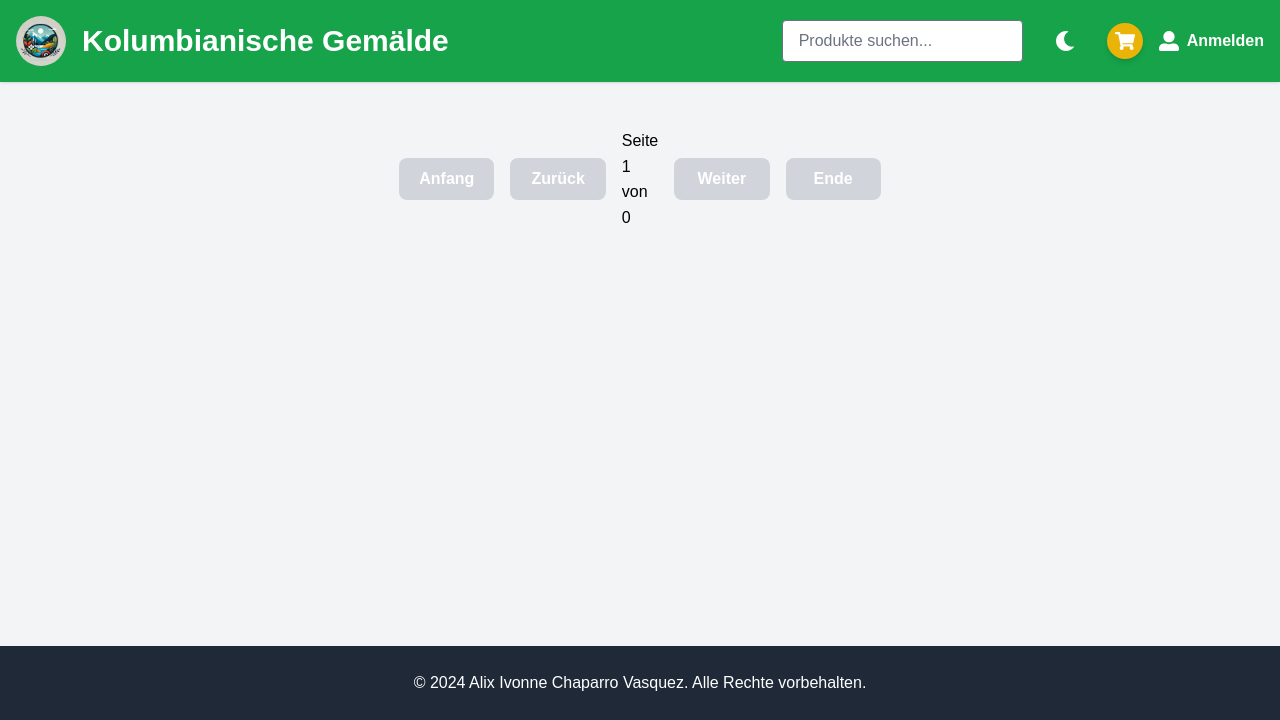
Repository: alixchaparrov/bilder-shop
Page: /
The author's editor kept a copy of each file at every save. The page is drawn from the files as they stood at one save, then again after the next save.
The browser window is 1280 px wide. The pictures show the whole page.
The page's requests for data from a server got no answer. The project was rebuilt for these pictures with package versions that can differ from the ones it lists, and the page was loaded fresh each time. The framework's server and built-in components were replaced by stand-ins that run in the browser. No one was signed in, and anything a server would have sent is missing. Also part of the build but not shown: next.config.ts, src/app/components/ProductCard.tsx, src/app/components/AuthComponent.tsx.

Above is the page before, as saved 2024-12-27 19:03:48.

### src/app/layout.tsx
"use client";

import "./globals.css";
import { Geist, Geist_Mono } from "next/font/google";

const geistSans = Geist({
  variable: "--font-geist-sans",
  subsets: ["latin"],
});

const geistMono = Geist_Mono({
  variable: "--font-geist-mono",
  subsets: ["latin"],
});

export default function RootLayout({
  children,
}: {
  children: React.ReactNode;
}) {
  return (
    <html lang="de">
      <head>
        <title>Kolumbianische Gemälde</title>
        <meta
          name="description"
          content="Galerie von kolumbianischen Landschaftsgemälden. Entdecken Sie die Schönheit Kolumbiens durch unsere einzigartigen Kunstwerke."
        />
        <meta
          name="keywords"
          content="Kolumbianische Kunst, Landschaftsgemälde, Gemälde kaufen"
        />
        <link rel="icon" href="/favicon.ico" />
      </head>
      <body className={`${geistSans.variable} ${geistMono.variable} antialiased`}>
        {children}
      </body>
    </html>
  );
}

### src/app/page.tsx
"use client";

import { useState, useEffect } from "react";
import client from "@/lib/sanity";
import ProductCard from "@/app/components/ProductCard";
import Image from "next/image";
import { useCartStore } from "@/store/cartStore";
import { FaMinus, FaPlus, FaTrash, FaShoppingCart, FaMoon, FaSun, FaUserAlt, FaGoogle } from "react-icons/fa";
import { signInWithPopup, GoogleAuthProvider } from "firebase/auth";
import { auth } from "@/lib/firebaseConfig"; // Asegúrate de que auth esté exportado de firebaseConfig
import AuthComponent from "@/app/components/AuthComponent"; // Asegúrate de que el componente AuthComponent esté correctamente importado

export default function Home() {
  const [products, setProducts] = useState([]);
  const { cart, addToCart, removeFromCart, clearCart, removeOneFromCart } =
    useCartStore();
  const [searchQuery, setSearchQuery] = useState("");
  const [darkMode, setDarkMode] = useState(false);
  const [showCart, setShowCart] = useState(false);
  const [currentPage, setCurrentPage] = useState(1);
  const itemsPerPage = 6;

  const [showModal, setShowModal] = useState(false); // Estado para el modal de autenticación

  useEffect(() => {
    const fetchProducts = async () => {
      try {
        const fetchedProducts = await client.fetch(`*[_type == "product"]`);
        setProducts(fetchedProducts);
      } catch (err) {
        console.error("Error al cargar productos:", err);
      }
    };

    fetchProducts();
  }, []);

  const filteredProducts = products.filter((product) =>
    product.name.toLowerCase().includes(searchQuery.toLowerCase())
  );

  const totalPages = Math.ceil(filteredProducts.length / itemsPerPage);
  const paginatedProducts = filteredProducts.slice(
    (currentPage - 1) * itemsPerPage,
    currentPage * itemsPerPage
  );

  const getTotalPrice = () => {
    return cart.reduce((total, item) => total + item.price * item.quantity, 0);
  };

  // Función para iniciar sesión con Google
  const handleGoogleLogin = async () => {
    const provider = new GoogleAuthProvider();
    try {
      await signInWithPopup(auth, provider);
      alert("Inicio de sesión con Google exitoso");
      setShowModal(false);  // Cierra el modal después del login
    } catch (error) {
      console.error("Error al iniciar sesión con Google", error.message);
    }
  };

  return (
    <div
      className={`min-h-screen flex flex-col ${darkMode ? "bg-gray-900 text-white" : "bg-gray-100 text-black"}`}
    >
      {/* Barra de navegación */}
      <nav className="p-4 fixed top-0 w-full shadow bg-green-600 text-white z-10">
        <div className="max-w-7xl mx-auto flex justify-between items-center">
          <div className="flex items-center space-x-4">
            <Image
              src="/images/logo.png"
              alt="Kolumbianische Gemälde Logo"
              width={50}
              height={50}
              className="rounded-full"
            />
            <h1 className="text-3xl font-bold">Kolumbianische Gemälde</h1>
          </div>
          <div className="flex items-center space-x-4">
            <input
              type="text"
              placeholder="Produkte suchen..."
              className="px-4 py-2 rounded-lg text-black"
              value={searchQuery}
              onChange={(e) => setSearchQuery(e.target.value)}
            />
            <button
              className="px-4 py-2 rounded-lg"
              onClick={() => setDarkMode(!darkMode)}
            >
              {darkMode ? <FaSun size={20} /> : <FaMoon size={20} />}
            </button>
            <button
              className="cart-button flex items-center space-x-2 text-white"
              onClick={() => setShowCart(!showCart)}
            >
              <FaShoppingCart size={20} />
              {cart.length > 0 && (
                <span className="cart-counter">
                  {cart.reduce((total, item) => total + item.quantity, 0)}
                </span>
              )}
            </button>
            {/* Botón de login */}
            <button
              className="text-white flex items-center"
              onClick={() => setShowModal(true)}  // Abre el modal
            >
              <FaUserAlt size={20} className="mr-2" /> Anmelden
            </button>
          </div>
        </div>
      </nav>

      {/* Modal de autenticación */}
      {showModal && (
        <div
          className="fixed inset-0 bg-gray-500 bg-opacity-75 flex justify-center items-center z-50"
          onClick={() => setShowModal(false)} // Cierra el modal cuando se hace clic fuera de él
        >
          <div
            className="bg-white p-8 rounded-xl shadow-xl max-w-sm w-full"
            onClick={(e) => e.stopPropagation()} // Previene que el modal se cierre al hacer clic dentro
          >
            <button
              className="absolute top-2 right-2 text-gray-700"
              onClick={() => setShowModal(false)} // Cierra el modal al hacer clic en la "X"
            >
              X
            </button>
            <h2 className="text-2xl font-semibold text-center mb-4">Anmelden oder Registrieren</h2>

            {/* Formulario de autenticación */}
            <AuthComponent />

            {/* Botón de Google */}
            <div className="mt-6 flex justify-center">
              <button
                onClick={handleGoogleLogin}
                className="w-full bg-blue-500 text-white py-3 rounded-lg flex items-center justify-center space-x-2 hover:bg-blue-600 transition duration-300"
              >
                <FaGoogle size={20} />
                <span>Anmelden mit Google</span>
              </button>
            </div>
          </div>
        </div>
      )}

      {/* Contenido principal */}
      <main className="flex-grow pt-24 p-4 sm:p-8 max-w-7xl mx-auto">
        <h2 className="text-2xl sm:text-3xl lg:text-4xl font-semibold text-center mb-6">
          Unsere Gemälde
        </h2>
        <div className="grid grid-cols-1 sm:grid-cols-2 lg:grid-cols-3 gap-6">
          {paginatedProducts.map((product) => (
            <ProductCard key={product._id} product={product} />
          ))}
        </div>

        {/* Paginación */}
        <div className="flex justify-center items-center mt-8 space-x-4">
          <button
            className="bg-gray-300 px-4 py-2 rounded-lg"
            disabled={currentPage === 1}
            onClick={() => setCurrentPage(1)}
          >
            Anfang
          </button>
          <button
            className="bg-gray-300 px-4 py-2 rounded-lg"
            disabled={currentPage === 1}
            onClick={() => setCurrentPage(currentPage - 1)}
          >
            Zurück
          </button>
          <span>
            Seite {currentPage} von {totalPages}
          </span>
          <button
            className="bg-gray-300 px-4 py-2 rounded-lg"
            disabled={currentPage === totalPages}
            onClick={() => setCurrentPage(currentPage + 1)}
          >
            Weiter
          </button>
          <button
            className="bg-gray-300 px-4 py-2 rounded-lg"
            disabled={currentPage === totalPages}
            onClick={() => setCurrentPage(totalPages)}
          >
            Ende
          </button>
        </div>
      </main>

      {/* Modal del carrito */}
      {showCart && (
        <div className="modal-overlay" onClick={() => setShowCart(false)}>
          <div className="modal-content" onClick={(e) => e.stopPropagation()}>
            <h2 className="modal-header">Warenkorb</h2>
            {cart.length > 0 ? (
              <>
                <ul>
                  {cart.map((item) => (
                    <li key={item._id} className="flex justify-between items-center">
                      <span>
                        {item.name} (x{item.quantity}) - {item.price * item.quantity} €
                      </span>
                      <div className="flex items-center space-x-2">
                        <button
                          onClick={() => removeOneFromCart(item._id)}
                          className="text-yellow-500 hover:text-yellow-700"
                        >
                          <FaMinus />
                        </button>
                        <button
                          onClick={() => addToCart(item)}
                          className="text-green-500 hover:text-green-700"
                        >
                          <FaPlus />
                        </button>
                        <button
                          onClick={() => removeFromCart(item._id)}
                          className="text-red-500 hover:text-red-700"
                        >
                          <FaTrash />
                        </button>
                      </div>
                    </li>
                  ))}
                </ul>
                <div className="mt-4 flex justify-between">
                  <button
                    onClick={() => clearCart()}
                    className="bg-red-500 text-white px-4 py-2 rounded hover:bg-red-600"
                  >
                    Warenkorb leeren
                  </button>
                  <span className="font-bold text-lg">
                    Gesamtpreis: {getTotalPrice()} €
                  </span>
                </div>
              </>
            ) : (
              <p>Ihr Warenkorb ist leer</p>
            )}
            <button className="modal-close" onClick={() => setShowCart(false)}>
              Schließen
            </button>
          </div>
        </div>
      )}

      {/* Footer */}
      <footer className="bg-gray-800 text-white p-6 text-center">
        <p>
          © {new Date().getFullYear()} Alix Ivonne Chaparro Vasquez. Alle Rechte vorbehalten.
        </p>
      </footer>
    </div>
  );
}

### src/app/globals.css
@tailwind base;
@tailwind components;
@tailwind utilities;

/* Variables de color */
:root {
  --background: #ffffff; /* Fondo claro */
  --foreground: #000000; /* Texto oscuro */
  --primary: #00704A; /* Verde primario */
  --secondary: #FFB400; /* Amarillo vibrante */
  --accent: #D62828; /* Rojo cálido */
}

.dark {
  --background: #000000; /* Fondo oscuro */
  --foreground: #ffffff; /* Texto claro */
  --primary: #34D399; /* Verde más claro para fondo oscuro */
  --secondary: #FACC15; /* Amarillo claro para fondo oscuro */
  --accent: #EF4444; /* Rojo vibrante */
}

@media (prefers-color-scheme: dark) {
  :root {
    --background: #0a0a0a;
    --foreground: #ededed;
  }
}

/* Estilo general */
body {
  color: var(--foreground);
  background: var(--background);
  font-family: Arial, Helvetica, sans-serif;
  line-height: 1.6; /* Mejor legibilidad */
}

/* Espaciado adicional */
main {
  padding-top: 6rem; /* Más espacio debajo de la barra de navegación */
}

/* Botones */
.btn-primary {
  @apply px-4 py-2 font-bold rounded transition duration-300;
}

.btn-green {
  @apply bg-green-600 text-white px-4 py-2 rounded-lg hover:bg-green-700 active:scale-95 shadow-sm;
}

.btn-yellow {
  @apply bg-yellow-600 text-black px-4 py-2 rounded-lg hover:bg-yellow-700 active:scale-95 shadow-sm;
}

.btn-gray {
  @apply bg-gray-600 text-gray-400 opacity-50 cursor-not-allowed shadow-none px-4 py-2;
}

/* Botón del carrito */
.cart-button {
  @apply relative flex items-center justify-center p-2 rounded-full bg-yellow-500 hover:bg-yellow-600 transition-colors duration-300 shadow-md;
}

.cart-counter {
  @apply absolute -top-1 -right-1 bg-red-500 text-white rounded-full w-6 h-6 flex items-center justify-center text-sm font-bold shadow-lg;
}

/* Iconos */
.icon-cart {
  @apply flex items-center justify-center rounded-full p-2 shadow-md;
  background-color: var(--secondary);
  color: var(--foreground);
  transition: transform 0.3s;
}

.icon-cart:hover {
  @apply scale-105;
}

.icon-cart-badge {
  @apply absolute bg-red-500 text-white rounded-full flex items-center justify-center text-xs font-bold;
  width: 1.5rem;
  height: 1.5rem;
  top: -0.5rem;
  right: -0.5rem;
  box-shadow: 0 2px 4px rgba(0, 0, 0, 0.2);
}

/* Modal del carrito */
.modal-overlay {
  @apply fixed inset-0 bg-black bg-opacity-60 flex justify-center items-center z-50;
}

.modal-content {
  @apply bg-white text-black dark:bg-gray-800 dark:text-gray-200 p-6 rounded-lg shadow-lg max-w-lg w-full;
}

.modal-content .text-lg {
  font-size: 1.125rem;
}

.modal-content .text-xl {
  font-size: 1.25rem;
  font-weight: bold;
  color: var(--primary); /* Usa tu color principal */
}

.modal-header {
  @apply text-lg font-bold mb-4 text-center;
}

.modal-close {
  @apply mt-4 w-full bg-gray-800 text-white py-2 rounded hover:bg-gray-700 dark:bg-gray-600 dark:hover:bg-gray-500;
}

/* Estilo para las tarjetas */
.card {
  @apply bg-card shadow-card rounded-lg overflow-hidden flex flex-col transition-transform duration-300 hover:scale-105 hover:shadow-lg;
}

.card-title {
  @apply text-lg sm:text-xl font-serif font-bold;
}

.card-description {
  @apply text-sm sm:text-base text-gray-600;
}

.card-price {
  @apply text-lg font-semibold text-accent mt-2;
}

/* Estilo para inputs */
input[type="text"] {
  @apply px-4 py-2 rounded border focus:outline-none focus:ring-2 focus:ring-secondary;
  transition: box-shadow 0.3s;
}

/* Transiciones suaves */
button {
  transition: transform 0.3s ease, background-color 0.3s ease, color 0.3s ease;
}

button:hover {
  transform: translateY(-2px);
}

button:active {
  transform: scale(0.95);
}

/* Contenedor de las tarjetas */
.grid-container {
  @apply gap-8;
}

/* Ajustes específicos para el diseño */
.navbar {
  @apply bg-primary text-textLight fixed top-0 left-0 right-0 z-50 flex justify-between items-center p-4;
}

.navbar input {
  @apply bg-white border-gray-300 rounded px-4 py-2 focus:outline-none focus:ring-2 focus:ring-secondary;
}

.footer {
  @apply bg-gray-800 text-white text-center py-6;
}

/* Mejoras para el Modal de Autenticación */
.modal-content {
  @apply p-8 rounded-xl shadow-lg max-w-md w-full bg-white dark:bg-gray-800;
}

.modal-close {
  @apply bg-red-500 text-white hover:bg-red-600 py-2 px-4 rounded;
}

input[type="email"], input[type="password"] {
  @apply border-gray-300 focus:ring-2 focus:ring-primary dark:border-gray-600 dark:text-white rounded-lg w-full py-3 px-4 mb-4;
}

/* Mejoras en los botones dentro del modal */
button {
  @apply w-full py-3 rounded-lg text-white font-bold;
}

button.bg-blue-500 {
  @apply hover:bg-blue-600;
}


button.bg-green-600 {
  @apply hover:bg-green-700;
}

button.bg-yellow-500 {
  @apply hover:bg-yellow-600;
}

### src/lib/sanity.ts
import { createClient } from "@sanity/client";
import imageUrlBuilder from "@sanity/image-url";

const client = createClient({
  projectId: "mo3mvugi", // Reemplaza con tu Project ID
  dataset: "production",
  apiVersion: "2023-01-01",
  useCdn: true,
});

const builder = imageUrlBuilder(client);

export const urlFor = (source) => builder.image(source);

export default client;

### src/store/cartStore.ts
import { create } from "zustand";

export const useCartStore = create((set) => ({
  cart: [],
  addToCart: (product) =>
    set((state) => {
      const existingProduct = state.cart.find(
        (item) => item._id === product._id
      );
      const updatedCart = existingProduct
        ? state.cart.map((item) =>
            item._id === product._id
              ? { ...item, quantity: item.quantity + 1 }
              : item
          )
        : [...state.cart, { ...product, quantity: 1 }];
      return { cart: updatedCart };
    }),
  removeFromCart: (productId) =>
    set((state) => ({
      cart: state.cart.filter((item) => item._id !== productId),
    })),
    removeOneFromCart: (productId) =>
      set((state) => {
        console.log("Antes de eliminar uno:", state.cart);
        const updatedCart = state.cart
          .map((item) =>
            item._id === productId && item.quantity > 1
              ? { ...item, quantity: item.quantity - 1 }
              : item
          )
          .filter((item) => item.quantity > 0);
        console.log("Después de eliminar uno:", updatedCart);
        return { cart: updatedCart };
      }),



  clearCart: () => set({ cart: [] }), // Función para vaciar el carrito
  getTotalPrice: () => {
    const totalPrice = (get().cart || []).reduce(
      (total, item) => total + item.price * item.quantity,
      0
    );
    return totalPrice;
  },
}));

### src/lib/firebaseConfig.ts
// Import the functions you need from the SDKs you need
import { initializeApp } from "firebase/app";
import { getAuth } from "firebase/auth";
// TODO: Add SDKs for Firebase products that you want to use
// https://firebase.google.com/docs/web/setup#available-libraries

// Your web app's Firebase configuration
const firebaseConfig = {
  apiKey: "AIzaSyBjLQpieiT0z4U_M7pGN99y-vyqU0DEOds",
  authDomain: "kolumbianischegemmaelde.firebaseapp.com",
  projectId: "kolumbianischegemmaelde",
  storageBucket: "kolumbianischegemmaelde.firebasestorage.app",
  messagingSenderId: "469106886611",
  appId: "1:469106886611:web:90c2a31a8bad993ab3d126"
};

// Inicializar la app de Firebase
const app = initializeApp(firebaseConfig);

// Inicializar la autenticación
const auth = getAuth(app);

export { auth };  // Exportar auth para su uso en otros archivos

### tailwind.config.ts
import type { Config } from "tailwindcss";

import forms from "@tailwindcss/forms";

export default {
  content: [
    "./src/**/*.{js,ts,jsx,tsx}",
    "./src/pages/**/*.{js,ts,jsx,tsx}",
    "./src/components/**/*.{js,ts,jsx,tsx}",
    "./src/app/**/*.{js,ts,jsx,tsx}",
  ],
  theme: {
    extend: {
      colors: {
        primary: "#00704A", // Verde oscuro para un estilo tropical
        secondary: "#FFB400", // Amarillo vibrante para resaltar
        accent: "#D62828", // Rojo cálido para botones o acentos
        background: "#F3F4F6", // Fondo neutro claro
        card: "#FFFFFF", // Fondo blanco para tarjetas
        textDark: "#1B1B1B", // Texto oscuro
        textLight: "#FAFAFA", // Texto claro
      },
      fontFamily: {
        sans: ["Poppins", "sans-serif"], // Elegante y moderna
        serif: ["Merriweather", "serif"], // Clásica para títulos
      },
      boxShadow: {
        card: "0 4px 6px rgba(0, 0, 0, 0.1)", // Sombra suave para tarjetas
      },
    },
  },
  darkMode: "class", // Activa el soporte para modo oscuro
  plugins: [require("@tailwindcss/forms")], // Usa el plugin importado
} satisfies Config;

After the next save:
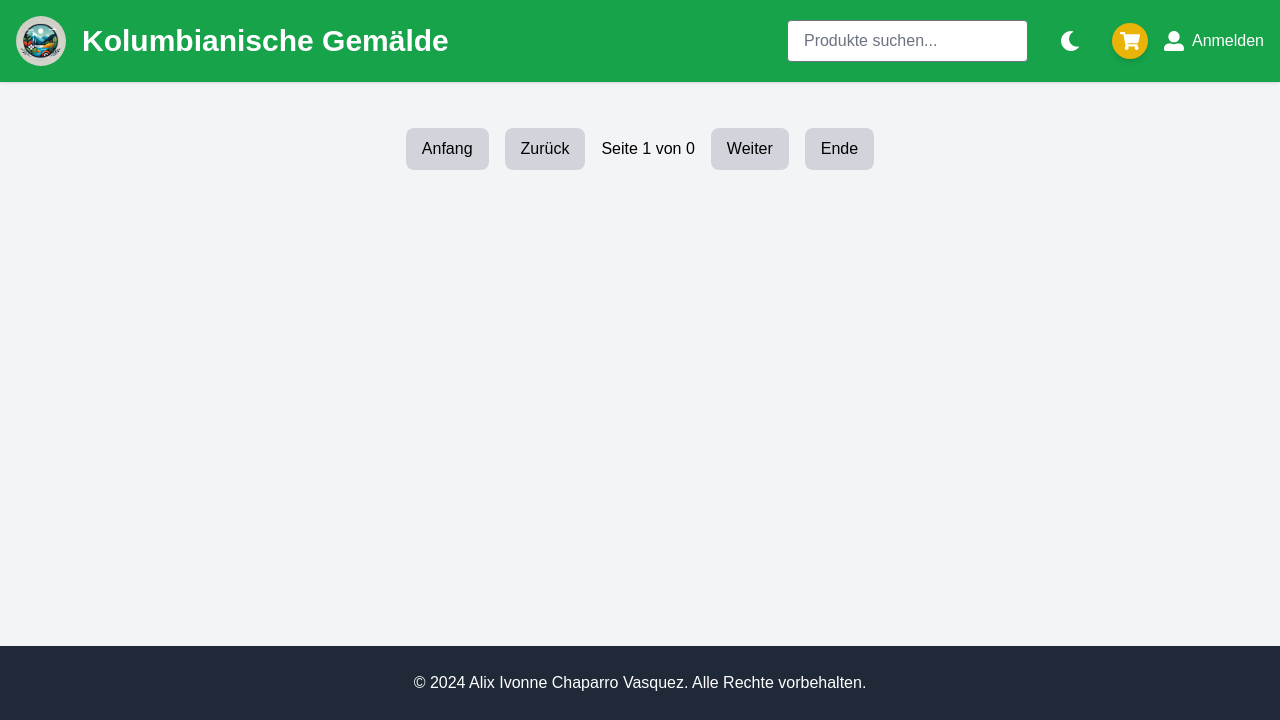
Saved 16 s later.
--- a/src/app/globals.css
+++ b/src/app/globals.css
@@ -45,11 +45,11 @@ main {
 }
 
 .btn-green {
-  @apply bg-green-600 text-white px-4 py-2 rounded-lg hover:bg-green-700 active:scale-95 shadow-sm;
+  @apply bg-green-500 text-white px-4 py-2 rounded-lg hover:bg-green-600 active:scale-95 shadow-sm;
 }
 
 .btn-yellow {
-  @apply bg-yellow-600 text-black px-4 py-2 rounded-lg hover:bg-yellow-700 active:scale-95 shadow-sm;
+  @apply bg-yellow-500 text-black px-4 py-2 rounded-lg hover:bg-yellow-600 active:scale-95 shadow-sm;
 }
 
 .btn-gray {
@@ -105,6 +105,7 @@ main {
   color: var(--primary); /* Usa tu color principal */
 }
 
+
 .modal-header {
   @apply text-lg font-bold mb-4 text-center;
 }
@@ -128,6 +129,14 @@ main {
 
 .card-price {
   @apply text-lg font-semibold text-accent mt-2;
+}
+
+.cart-button {
+  @apply relative flex items-center justify-center p-2 rounded-full bg-yellow-500 hover:bg-yellow-600 transition-colors duration-300 shadow-md;
+}
+
+.cart-counter {
+  @apply absolute -top-1 -right-1 bg-red-500 text-white rounded-full w-6 h-6 flex items-center justify-center text-sm font-bold shadow-lg;
 }
 
 /* Estilo para inputs */
@@ -154,6 +163,7 @@ button:active {
   @apply gap-8;
 }
 
+
 /* Ajustes específicos para el diseño */
 .navbar {
   @apply bg-primary text-textLight fixed top-0 left-0 right-0 z-50 flex justify-between items-center p-4;
@@ -166,34 +176,3 @@ button:active {
 .footer {
   @apply bg-gray-800 text-white text-center py-6;
 }
-
-/* Mejoras para el Modal de Autenticación */
-.modal-content {
-  @apply p-8 rounded-xl shadow-lg max-w-md w-full bg-white dark:bg-gray-800;
-}
-
-.modal-close {
-  @apply bg-red-500 text-white hover:bg-red-600 py-2 px-4 rounded;
-}
-
-input[type="email"], input[type="password"] {
-  @apply border-gray-300 focus:ring-2 focus:ring-primary dark:border-gray-600 dark:text-white rounded-lg w-full py-3 px-4 mb-4;
-}
-
-/* Mejoras en los botones dentro del modal */
-button {
-  @apply w-full py-3 rounded-lg text-white font-bold;
-}
-
-button.bg-blue-500 {
-  @apply hover:bg-blue-600;
-}
-
-
-button.bg-green-600 {
-  @apply hover:bg-green-700;
-}
-
-button.bg-yellow-500 {
-  @apply hover:bg-yellow-600;
-}
